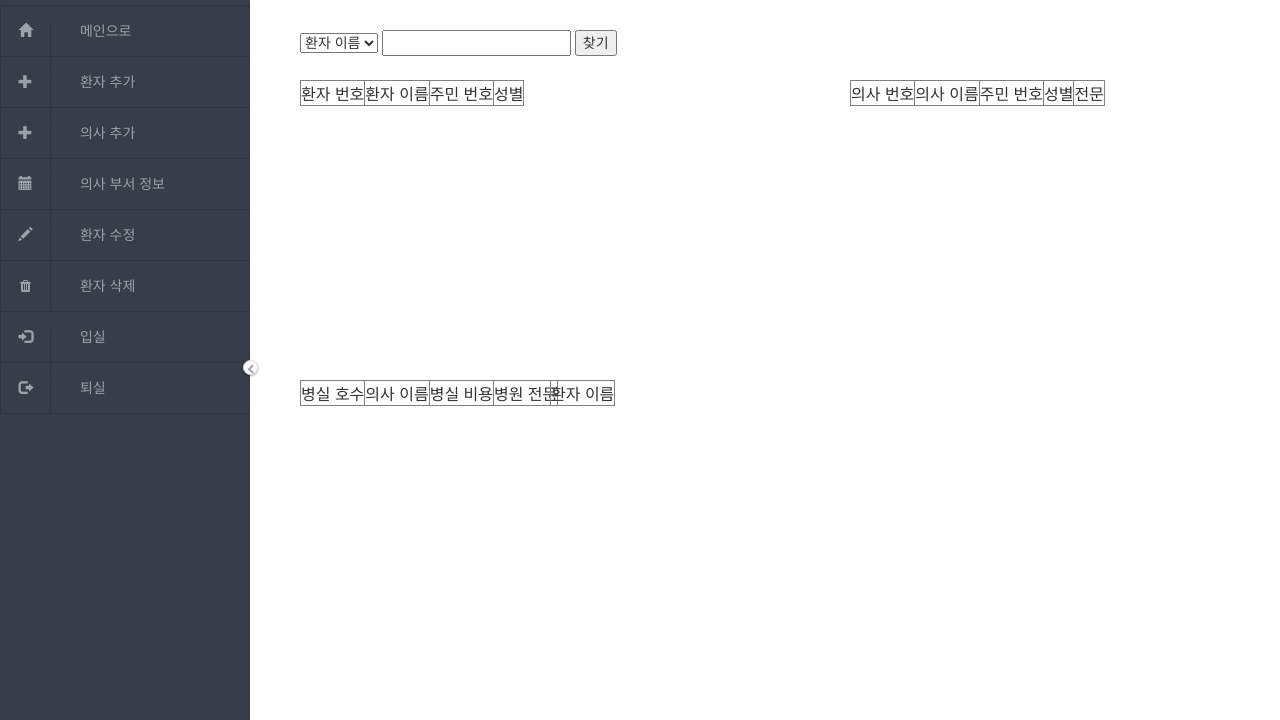
Repository: qaws1134/Hospital_manager
Page: http://localhost/project/main.jsp
The author's editor kept a copy of each file at every save. The page is drawn from the files as they stood at one save, then again after the next save.
The browser window is 1280 px wide. The pictures show the whole page.
Some web libraries are served in a nearby version. The page is served by Tomcat 9. Other server files are loaded and not shown. The template is opened directly, without the code that normally fills it, so the values that code supplies are empty.

Above is the page before, as saved 2017-12-09 16:08:21.
Console error (its wording comes from the project's code and is left out).

### project/WebContent/main.jsp
<%@ page language="java" contentType="text/html; charset=UTF-8"
    pageEncoding="UTF-8"%>
<%@ taglib uri="http://java.sun.com/jsp/jstl/core" prefix="c" %>

<html lang="kr">
	<head>

	<meta http-equiv="Content-Type" content="text/html" charset="UTF-8">
	<title>http://www.blueb.co.kr</title>
<link rel="stylesheet" href="http://netdna.bootstrapcdn.com/font-awesome/4.3.0/css/font-awesome.min.css">
<!-- 합쳐지고 최소화된 최신 CSS -->
<link rel="stylesheet" href="https://maxcdn.bootstrapcdn.com/bootstrap/3.3.2/css/bootstrap.min.css">
<!-- 부가적인 테마 -->
<link rel="stylesheet" href="https://maxcdn.bootstrapcdn.com/bootstrap/3.3.2/css/bootstrap-theme.min.css">

<!-- 합쳐지고 최소화된 최신 자바스크립트 -->
<script src="https://maxcdn.bootstrapcdn.com/bootstrap/3.3.2/js/bootstrap.min.js"></script>

<style type="text/css">
input[type="checkbox"]#menu_state {
  display: none;
}
input[type="checkbox"]:checked ~ nav {
  width: 250px;
}
input[type="checkbox"]:checked ~ nav label[for="menu_state"] i::before {
  content: "\f053";
}
input[type="checkbox"]:checked ~ nav ul {
  width: 100%;
}
input[type="checkbox"]:checked ~ nav ul li a i {
  border-right: 1px solid #2f343e;
}
input[type="checkbox"]:checked ~ nav ul li a span {
  opacity: 1;
  transition: opacity 0.25s ease-in-out;
}
input[type="checkbox"]:checked ~ main {
  left: 250px;
}
nav {
  position: fixed;
  z-index: 9;
  top: 0;
  left: 0;
  bottom: 0;
  background: #383e49;
  color: #9aa3a8;
  width: 50px;
  font-family: 'Montserrat', sans-serif;
  font-weight: lighter;
  transition: all 0.15s ease-in-out;
}
nav label[for="menu_state"] i {
  cursor: pointer;
  position: absolute;
  top: 50%;
  right: -8px;
  box-shadow: 0 1px 3px rgba(0,0,0,0.12), 0 1px 2px rgba(0,0,0,0.24);
  background: #fff;
  font-size: 10px;
  display: flex;
  justify-content: center;
  align-items: center;
  height: 15px;
  width: 15px;
  border-radius: 50%;
  border: 1px solid #ddd;
  transition: width 0.15s ease-in-out;
  z-index: 1;
}
nav label[for="menu_state"] i::before {
  margin-top: 2px;
  content: "\f054";
}
nav label[for="menu_state"] i:hover {
  box-shadow: 0 10px 20px rgba(0,0,0,0.19), 0 6px 6px rgba(0,0,0,0.23);
}
nav ul {
  overflow: hidden;
  display: block;
  width: 50px;
  list-style-type: none;
  padding: 0;
  margin: 0;
}
nav ul li {
  border: 1px solid #2f343e;
  position: relative;
}
nav ul li.unread:after {
  content: attr(data-content);
  position: absolute;
  top: 10px;
  left: 25px;
  display: flex;
  justify-content: center;
  align-items: center;
  width: 15px;
  height: 15px;
  border-radius: 50%;
  color: #fff;
  background: #ef5952;
  font-size: 8px;
}
nav ul li:not(:last-child) {
  border-bottom: none;
}
nav ul li.active a {
  background: #4c515d;
  color: #fff;
}
nav ul li a {
  position: relative;
  display: block;
  white-space: nowrap;
  text-decoration: none;
  color: #9aa3a8;
  height: 50px;
  width: 100%;
  transition: all 0.15s ease-in-out;
}
nav ul li a:hover {
  background: #4c515d;
  color: #fff;
}
nav ul li a * {
  height: 100%;
  display: inline-block;
}
nav ul li a i {
  text-align: center;
  width: 50px;
  z-index: 999999;
}
nav ul li a i.fa {
  line-height: 50px;
}
nav ul li a span {
  padding-left: 25px;
  opacity: 0;
  line-height: 50px;
  transition: opacity 0.1s ease-in-out;
}

</style>
</head>

<body>
<input type="checkbox" id="menu_state" checked>
<nav>
	<label for="menu_state"><i class="fa"></i></label>
	<ul>
    <li>
      <a href="main.do">
        <i class="glyphicon glyphicon-home"></i>
        <span>메인으로</span>   <!--환자 대기 목록,병실 목록 및 현황-->
      </a>
    </li>
		<li>
			<a href="P_addui.do">
				<i class="glyphicon glyphicon-plus"></i>
				<span>환자 추가</span>
			</a>
		</li>
		<li>
			<a href="D_addui.do">
				<i class="glyphicon glyphicon-plus"></i>
				<span>의사 추가</span>
			</a>
		</li>

		<li>
			<a href="D_clsif.do">
				<i class="glyphicon glyphicon-calendar"></i>
				<span>의사 부서 정보</span>
			</a>
		</li>

		<li>
			<a href="cristal.do">
				<i class="glyphicon glyphicon-pencil"></i>
				<span>환자 수정</span>
			</a>
		</li>
		<li>
			<a href="delsel.do">
				<i class="fa fa-trash"></i>
				<span>환자 삭제</span>
			</a>
		</li>
      <li>
      <a href="insel.do">
        <i class="glyphicon glyphicon-log-in"></i>
        <span>입실</span>
      </a>
    </li>
        <li>
      <a href="javascript:void(0)">
        <i class="glyphicon glyphicon-log-out"></i>
        <span>퇴실</span>
      </a>
    </li>
	</ul>
</nav>
<section style="position:absolute; top:30px;left:300px">
<form action="search.do">
	<select name ="searchName"size ="1">
		<option value="p_name">환자 이름</option>
		<option value="d_name">의사 이름</option>
		<option value="d_cls">병원 종류</option>
	</select>
	<input type="text" name="searchValue">
	<input type="submit" value="찾기">
</form>
</section>

<!-- 환자 정보	 -->
<section style="position:absolute; top:80px;left:300px">
      <table border="1">
      	<tr>
      		<td>환자 번호</td>
      		<td>환자 이름</td>
      		<td>주민 번호</td>
      		<td>성별</td>
      	</tr>

      	<c:forEach items="${P_list}" var="dto">
	      	<tr>
	      		<td>${dto.p_NUM}</td>
	      		<td>${dto.p_NAME}</td>
	      		<td>${dto.p_PERNUM}</td>
	      		<td>${dto.p_GENDER }</td>
	      	</tr>
		</c:forEach>
      </table>
</section>
<!-- 의사 정보 -->
<section style="position:absolute; top:80px;left:850px">
     <table border="1">
      	<tr>
      		<td>의사 번호</td>
      		<td>의사 이름</td>
      		<td>주민 번호</td>
      		<td>성별</td>
      		<td>전문</td>
      	</tr>


      	<c:forEach items="${D_list}" var="dto">
	      	<tr>
	      		<td>${dto.d_NUM}</td>
	      		<td>${dto.d_NAME}</td>
	      		<td>${dto.d_PERNUM}</td>
	      		<td>${dto.d_GENDER }</td>
	      		<td>${dto.d_CLS}</td>
	      	</tr>
		</c:forEach>
      </table>
</section>

<!-- 병실 정보 -->
<section style="position:absolute; top:380px;left:300px">
      <table border="1">
      	<tr>
      		<td>병실 호수</td>
      		<td>의사 이름</td>
      		<td>병실 비용</td>
  			<td>병원 전문</td>


      	</tr>

      	<c:forEach items="${D_inshow}" var="dto">
	      	<tr>
	      		<td>${dto.h_NUM}호</td>
	      		<td>${dto.d_NAME}</td>
	      		<td>${dto.h_COST}</td>
	      		<td>${dto.d_CLS}</td>
	      	</tr>
		</c:forEach>
      </table>
</section>
<section style="position:absolute; top:380px;left:550px">
      <table border="1">
      	<tr>
      		<td>환자 이름</td>
      	</tr>

      	<c:forEach items="${D_inshow}" var="dto">
	      	<tr>
	      		<td>${dto.p_NAME}</td>
	      	</tr>
		</c:forEach>
      </table>
</section>

<!--
<section style="position:absolute; top:400px;left:300px">
     <table border="1">
		<tr>
      	<c:forEach items="${D_list}" var="dto">
	      		<td>${dto.d_NUM}</td>
	      		<td>${dto.d_NAME}</td>
	      		<td>${dto.d_PERNUM}</td>
	      		<td>${dto.d_GENDER }</td>
	      		<td>${dto.d_CLS}</td>
		</c:forEach>
		</tr>
		<tr>
      	<c:forEach items="${D_list}" var="dto">
	      		<td>${dto.d_NUM}</td>
	      		<td>${dto.d_NAME}</td>
	      		<td>${dto.d_PERNUM}</td>
	      		<td>${dto.d_GENDER }</td>
	      		<td>${dto.d_CLS}</td>
		</c:forEach>
		</tr>
		<tr>
      	<c:forEach items="${D_list}" var="dto">
	      		<td>${dto.d_NUM}</td>
	      		<td>${dto.d_NAME}</td>
	      		<td>${dto.d_PERNUM}</td>
	      		<td>${dto.d_GENDER }</td>
	      		<td>${dto.d_CLS}</td>
		</c:forEach>
		</tr>
      </table>
</section>
-->
</body>
</html>

After the next save:
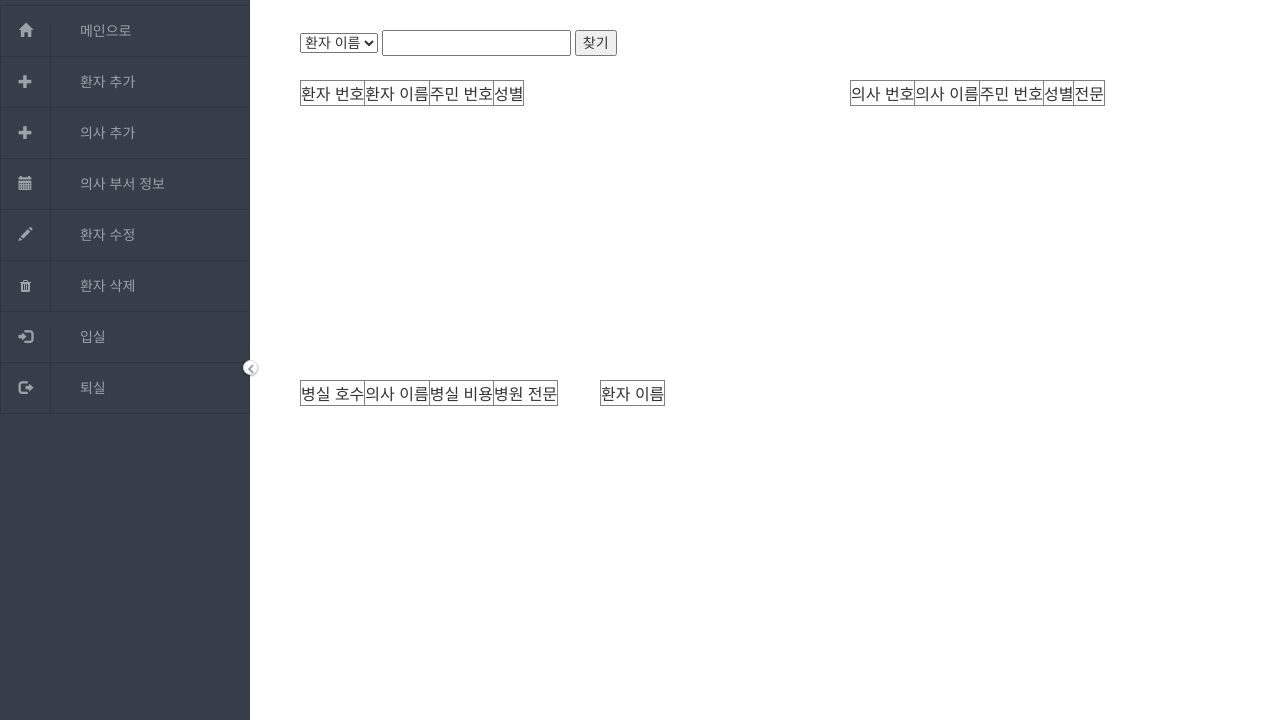
Saved 14 s later.
--- a/project/WebContent/main.jsp
+++ b/project/WebContent/main.jsp
@@ -282,7 +282,7 @@ nav ul li a span {
 		</c:forEach>
       </table>
 </section>
-<section style="position:absolute; top:380px;left:550px">
+<section style="position:absolute; top:380px;left:600px">
       <table border="1">
       	<tr>
       		<td>환자 이름</td>
